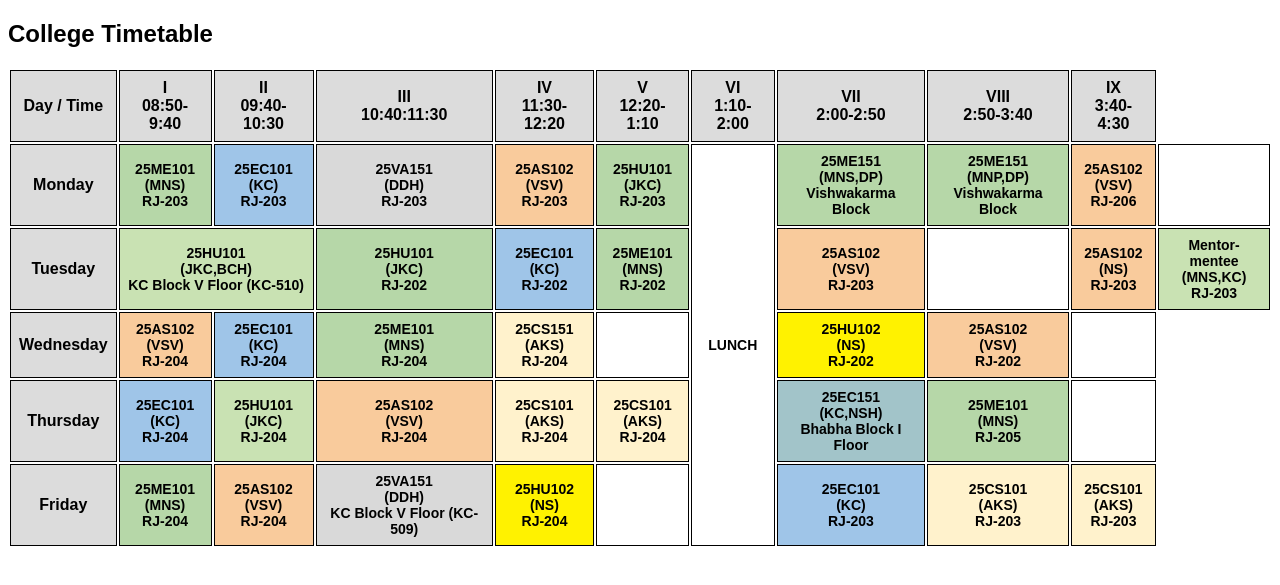
Repository: Glory998/ELCE1-32
Page: experiment3.html
These files come from the project's save history. The page is drawn as it stood at one moment and after the next save; the edit follows.
The browser window is 1280 px wide. The pictures show the whole page.

Above is the page before, as saved 2025-10-25 01:09:35.

### experiment3.html
<!DOCTYPE html>
<html lang="en">
    <head>
        <meta charset="UTF"-8>
        <meta name="viewport"
        content="width=device-width,
        initial-scale=1.0">
        <title>Class Timetable</title>
        <style>
            body {
                font-family: Arial, sans-serif;
                text-align: center
                background-color: #f9f9f9;
            }
            table {
                width: 100%
                border-collapse: collapse;
            margin: 20px auto;
            }
            th, td {
                border: 1px solid #000;
                padding: 8px;
                text-align: center;
            }
            th {
                background-color: #dcdcdc;
            }
            td {
                font-size: 14px;
                font-weight: bold;
            }
            /* Subject Color */
            .green { background-color:
                #b6d7a8; }  /* MNS */
                .blue { background-color:
                    #9fc5e8; }  /* KC */
                    .orange {  background-color:
            #f9cb9c; }  /* VSV */
            .yellow { background-color:
                #fff200; }  /* NS */
                .lightgreen { background-color:
                    #c9e2b3; }  /* Mentor/mentee */
                    .grey { background-color:
                        #d9d9d9; }  /* DDH */
                        .cream { background-color:
                            #fff2cc; }  /* AKS */
                            .lightblue { background-color:
                                #a2c4c9; }  /* Lab blocks */
                                </style>
                                </head>
                                <body>

                                    <h2>College Timetable</h2>

                                    <table>
                                        <tr>
                                            <th>Day / Time</th>
                                            <th>I<br>08:50-9:40</th>
                                            <th>II<br>09:40-10:30</th>
                                            <th>III<br>10:40:11:30</th>
                                            <th>IV<br>11:30-12:20</th>
                                            <th>V<br>12:20-1:10</th>
                                            <th>VI<br>1:10-2:00</th>
                                            <th>VII<br>2:00-2:50</th>
                                            <th>VIII<br>2:50-3:40</th>
                                            <th>IX<br>3:40-4:30</th>
                                            </tr>

                                            <tr>
                                                <th>Monday</th>
                                                <td
                                                class="green">25ME101<br>(MNS)<br>RJ-203</td>
                                                <td
                                                class="blue">25EC101<br>(KC)<br>RJ-203</td>
                                                <td
                                                class="grey">25VA151<br>(DDH)<br>RJ-203</td>
                                                <td
                                                class="orange">25AS102<br>(VSV)<br>RJ-203</td>
                                                <td
                                                class="green">25HU101<br>(JKC)<br>RJ-203</td>
                                                <td rowspan="5">LUNCH</td>
                                                <td
                                                class="green">25ME151<br>(MNS,DP)<br>Vishwakarma Block</td>
                                                <td
                                                class="green">25ME151<br>(MNP,DP)<br>Vishwakarma Block</td>
                                                <td
                                                class="orange">25AS102<br>(VSV)<br>RJ-206</td>
                                                <td></td>
                                                </tr>
                                                <th>Tuesday</th>
                                                <td colspan="2"
                                                class="lightgreen">25HU101<br>(JKC,BCH)<br>KC Block V Floor (KC-510)</td>
                                                <td
                                                class="green">25HU101<br>(JKC)<br>RJ-202</td>
                                                <td
                                                class="blue">25EC101<br>(KC)<br>RJ-202</td>
                                                <td
                                                class="green">25ME101<br>(MNS)<br>RJ-202</td>
                                                <td
                                                class="orange">25AS102<br>(VSV)<br>RJ-203</td>
                                            <td></td>
                                            <td
                                            class="orange">25AS102<br>(NS)<br>RJ-203</td>
                                            <td
                                            class="lightgreen">Mentor-mentee<br>(MNS,KC)<br>RJ-203</td>
                                            </tr>

                                            <tr>
                                                <th>Wednesday</th>
                                                <td
                                                class="orange">25AS102<br>(VSV)<br>RJ-204</td>
                                                <td
                                                class="blue">25EC101<br>(KC)<br>RJ-204</td>
                                                <td
                                                class="green">25ME101<br>(MNS)<br>RJ-204</td>
                                                <td
                                                class="cream">25CS151<br>(AKS)<br>RJ-204</td>
                                                <td></td>
                                                <td
                                                class="yellow">25HU102<br>(NS)<br>RJ-202</td>
                                                <td
                                                class="orange">25AS102<br>(VSV)<br>RJ-202</td>
                                                <td></td>
                                                </tr>
                                                <th>Thursday</th>
                                                <td
                                                class="blue">25EC101<br>(KC)<br>RJ-204</td>
                                                <td
                                                class="lightgreen">25HU101<br>(JKC)<br>RJ-204</td>
                                                <td
                                                class="orange">25AS102<br>(VSV)<br>RJ-204</td>
                                                <td
                                                class="cream">25CS101<br>(AKS)<br>RJ-204</td>
                                                <td
                                                class="cream">25CS101<br>(AKS)<br>RJ-204</td>
                                                <td
                                                class="lightblue">25EC151<br>(KC,NSH)<br>Bhabha Block I Floor</td>
                                                <td
                                                class="green">25ME101<br>(MNS)<br>RJ-205</td>
                                                <td></td>
                                            </tr>

                                            <tr>
                                                <th>Friday</th>
                                                <td
                                                class="green">25ME101<br>(MNS)<br>RJ-204</td>
                                                <td
                                                class="orange">25AS102<br>(VSV)<br>RJ-204</td>
                                                <tD
                                                class="grey">25VA151<br>(DDH)<br>KC Block V Floor (KC-509)</td>
                                                <td
                                                class="yellow">25HU102<br>(NS)<br>RJ-204</td>
                                                <td></td>
                                                <td
                                                class="blue">25EC101<br>(KC)<br>RJ-203</td>
                                                <td
                                                class="cream">25CS101<br>(AKS)<br>RJ-203</td>
                                                <td
                                                class="cream">25CS101<br>(AKS)<br>RJ-203</td>
                                                </tr>
                                                </table>

                                            </body>
                                            </html>

After the next save:
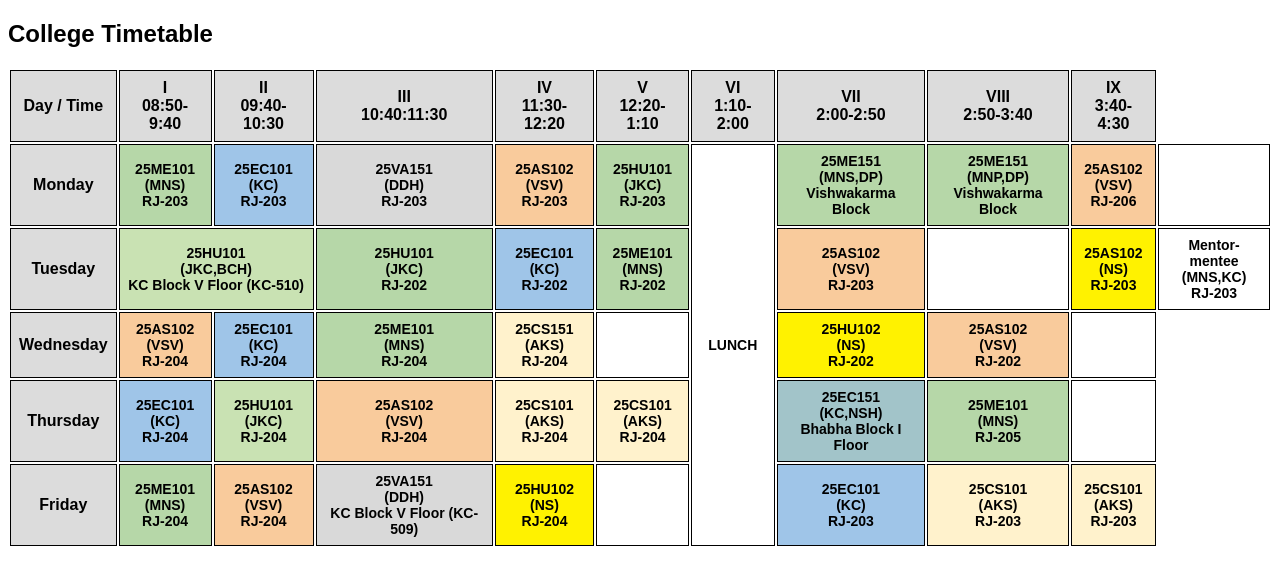
Saved 2 min 44 s later.
--- a/experiment3.html
+++ b/experiment3.html
@@ -100,9 +100,9 @@
                                                 class="orange">25AS102<br>(VSV)<br>RJ-203</td>
                                             <td></td>
                                             <td
-                                            class="orange">25AS102<br>(NS)<br>RJ-203</td>
+                                            class="yellow">25AS102<br>(NS)<br>RJ-203</td>
                                             <td
-                                            class="lightgreen">Mentor-mentee<br>(MNS,KC)<br>RJ-203</td>
+                                            class="purple">Mentor-mentee<br>(MNS,KC)<br>RJ-203</td>
                                             </tr>
 
                                             <tr>
